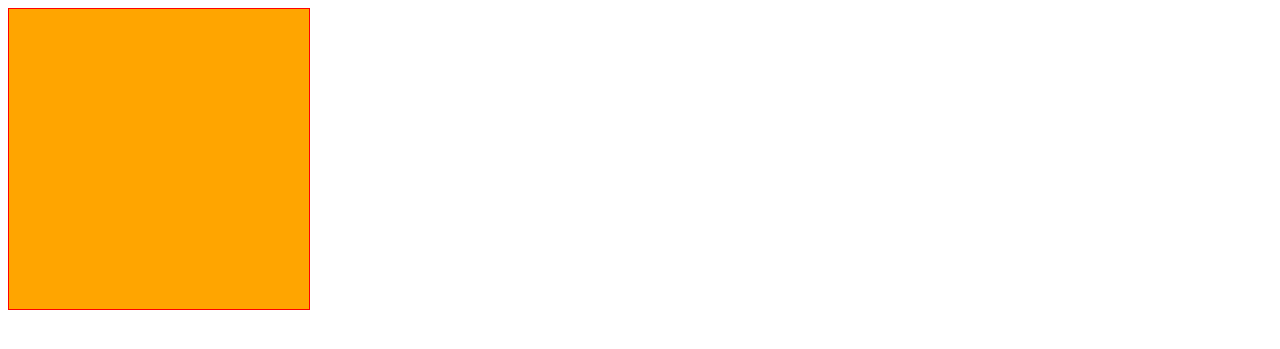
Repository: chenguocan/Vue_demo_1
Page: vue_demo_03/带参数的自定义指令.html
An editor plug-in stored every save of this project. The page is shown before and after the next save, followed by the edit.
The browser window is 1280 px wide. The pictures show the whole page.

Above is the page before, as saved 2020-07-21 09:07:50.

After the next save:
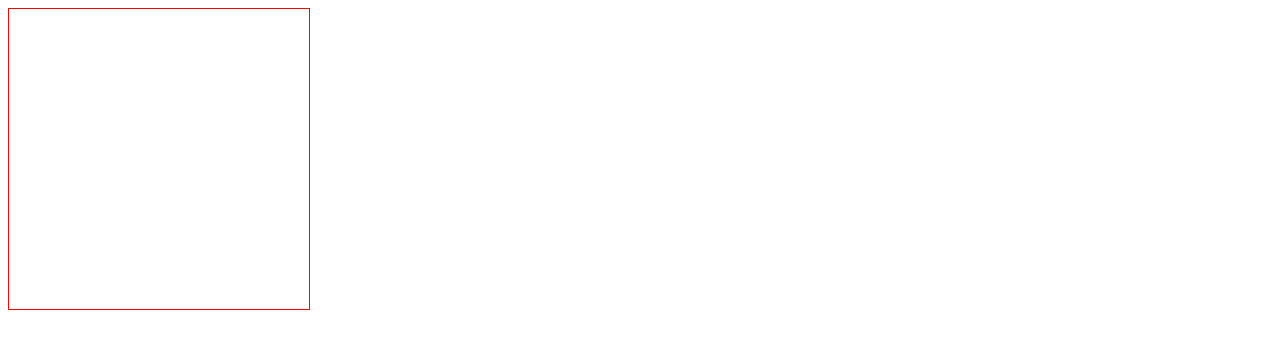
Console error: ReferenceError: msg is not defined
Saved 19 s later.
--- a/vue_demo_03/带参数的自定义指令.html
+++ b/vue_demo_03/带参数的自定义指令.html
@@ -19,6 +19,7 @@
   </body>
   <script src="./js/vue.js"></script>
   <script>
+    console.log(msg);
     Vue.directive("color", {
       bind: function (el, binding) {
         console.log(binding);

After the save that followed:
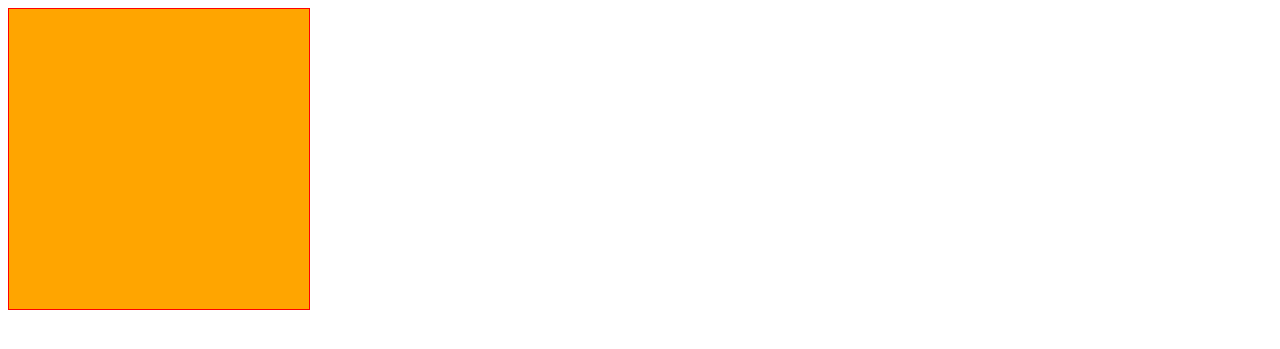
The error is gone.
Saved 31 s later.
--- a/vue_demo_03/带参数的自定义指令.html
+++ b/vue_demo_03/带参数的自定义指令.html
@@ -19,10 +19,10 @@
   </body>
   <script src="./js/vue.js"></script>
   <script>
-    console.log(msg);
     Vue.directive("color", {
       bind: function (el, binding) {
         console.log(binding);
+        console.log(binding.value.msg);
         el.style.backgroundColor = binding.value.color;
         el.style.height = binding.value.height;
       },
